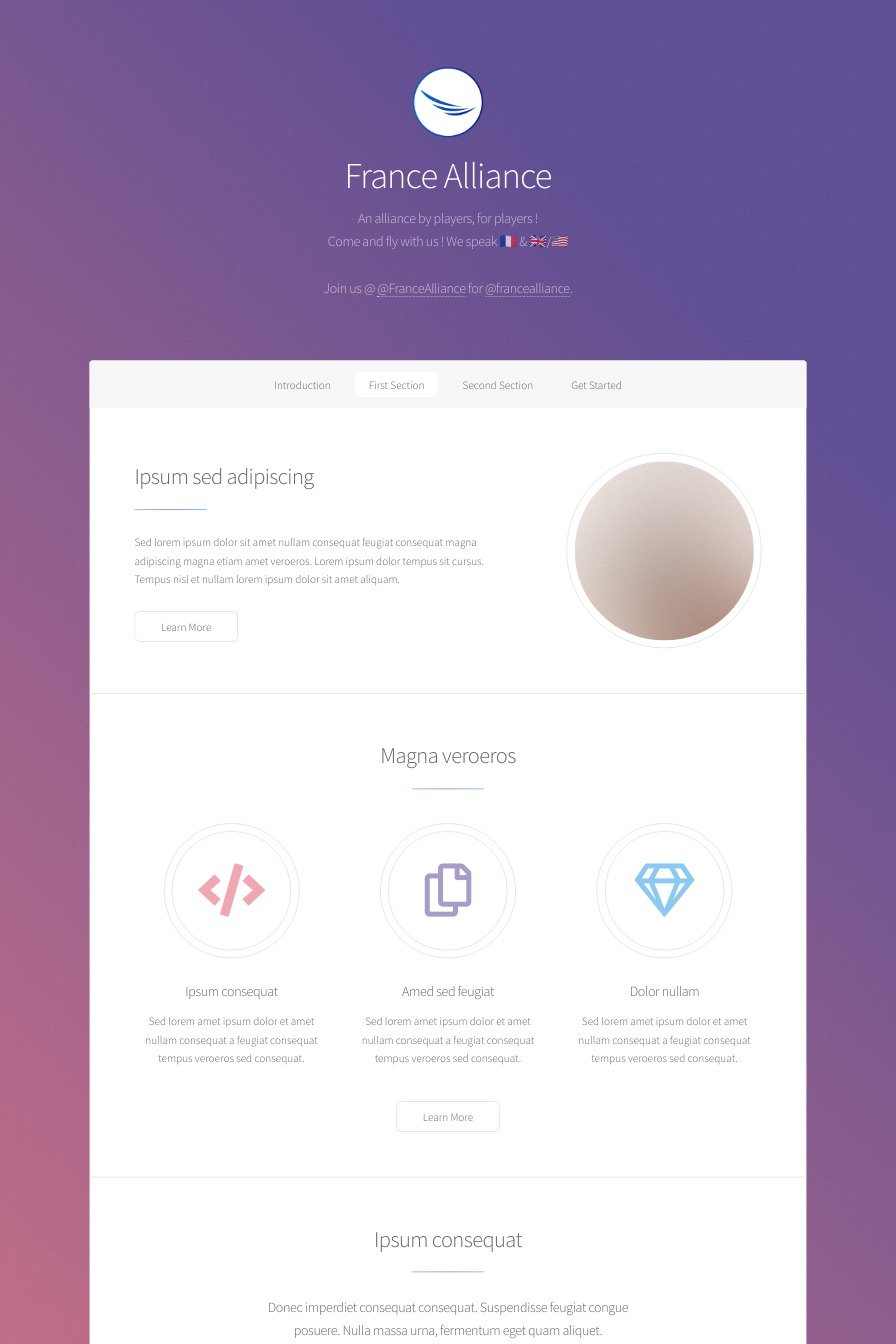
Repository: France-Alliance/France-Alliance.github.io
Page: index.html
The author's editor kept a copy of each file at every save. The page is drawn from the files as they stood at one save, then again after the next save.
The browser window is 1280 px wide. The pictures show the part of the page from y = 0 to 1920 px (the page is 3359 px tall), at 70% of full size.

Above is the page before, as saved 2021-04-05 21:55:04.

### index.html
<!DOCTYPE HTML>
<!--
	Stellar by HTML5 UP
	html5up.net | @ajlkn
	Free for personal and commercial use under the CCA 3.0 license (html5up.net/license)
-->
<html>
	<head>
		<title>France Alliance</title>
		<meta charset="utf-8" />
		<meta name="viewport" content="width=device-width, initial-scale=1, user-scalable=no" />
		<link rel="stylesheet" href="assets/css/main.css" />
		<noscript><link rel="stylesheet" href="assets/css/noscript.css" /></noscript>
	</head>
	<body class="is-preload">

		<!-- Wrapper -->
			<div id="wrapper">

				<!-- Header -->
					<header id="header" class="alt">
						<span class="logo"><img src="images/Fichier 1.png" alt="" /></span>
						<h1>France Alliance</h1>
						<p>An alliance by players, for players !<br>
						Come and fly with us ! We speak 🇫🇷 & 🇬🇧/🇺🇸<br>
						<br>Join us @ <a href="https://twitter.com/FranceAlliance">@FranceAlliance</a> for <a href="https://www.instagram.com/francealliance/">@francealliance</a>.</p>
					</header>

				<!-- Nav -->
					<nav id="nav">
						<ul>
							<li><a href="#intro" class="active">Introduction</a></li>
							<li><a href="#first">First Section</a></li>
							<li><a href="#second">Second Section</a></li>
							<li><a href="#cta">Get Started</a></li>
						</ul>
					</nav>

				<!-- Main -->
					<div id="main">

						<!-- Introduction -->
							<section id="intro" class="main">
								<div class="spotlight">
									<div class="content">
										<header class="major">
											<h2>Ipsum sed adipiscing</h2>
										</header>
										<p>Sed lorem ipsum dolor sit amet nullam consequat feugiat consequat magna
										adipiscing magna etiam amet veroeros. Lorem ipsum dolor tempus sit cursus.
										Tempus nisl et nullam lorem ipsum dolor sit amet aliquam.</p>
										<ul class="actions">
											<li><a href="generic.html" class="button">Learn More</a></li>
										</ul>
									</div>
									<span class="image"><img src="images/pic01.jpg" alt="" /></span>
								</div>
							</section>

						<!-- First Section -->
							<section id="first" class="main special">
								<header class="major">
									<h2>Magna veroeros</h2>
								</header>
								<ul class="features">
									<li>
										<span class="icon solid major style1 fa-code"></span>
										<h3>Ipsum consequat</h3>
										<p>Sed lorem amet ipsum dolor et amet nullam consequat a feugiat consequat tempus veroeros sed consequat.</p>
									</li>
									<li>
										<span class="icon major style3 fa-copy"></span>
										<h3>Amed sed feugiat</h3>
										<p>Sed lorem amet ipsum dolor et amet nullam consequat a feugiat consequat tempus veroeros sed consequat.</p>
									</li>
									<li>
										<span class="icon major style5 fa-gem"></span>
										<h3>Dolor nullam</h3>
										<p>Sed lorem amet ipsum dolor et amet nullam consequat a feugiat consequat tempus veroeros sed consequat.</p>
									</li>
								</ul>
								<footer class="major">
									<ul class="actions special">
										<li><a href="generic.html" class="button">Learn More</a></li>
									</ul>
								</footer>
							</section>

						<!-- Second Section -->
							<section id="second" class="main special">
								<header class="major">
									<h2>Ipsum consequat</h2>
									<p>Donec imperdiet consequat consequat. Suspendisse feugiat congue<br />
									posuere. Nulla massa urna, fermentum eget quam aliquet.</p>
								</header>
								<ul class="statistics">
									<li class="style1">
										<span class="icon solid fa-code-branch"></span>
										<strong>5,120</strong> Etiam
									</li>
									<li class="style2">
										<span class="icon fa-folder-open"></span>
										<strong>8,192</strong> Magna
									</li>
									<li class="style3">
										<span class="icon solid fa-signal"></span>
										<strong>2,048</strong> Tempus
									</li>
									<li class="style4">
										<span class="icon solid fa-laptop"></span>
										<strong>4,096</strong> Aliquam
									</li>
									<li class="style5">
										<span class="icon fa-gem"></span>
										<strong>1,024</strong> Nullam
									</li>
								</ul>
								<p class="content">Nam elementum nisl et mi a commodo porttitor. Morbi sit amet nisl eu arcu faucibus hendrerit vel a risus. Nam a orci mi, elementum ac arcu sit amet, fermentum pellentesque et purus. Integer maximus varius lorem, sed convallis diam accumsan sed. Etiam porttitor placerat sapien, sed eleifend a enim pulvinar faucibus semper quis ut arcu. Ut non nisl a mollis est efficitur vestibulum. Integer eget purus nec nulla mattis et accumsan ut magna libero. Morbi auctor iaculis porttitor. Sed ut magna ac risus et hendrerit scelerisque. Praesent eleifend lacus in lectus aliquam porta. Cras eu ornare dui curabitur lacinia.</p>
								<footer class="major">
									<ul class="actions special">
										<li><a href="generic.html" class="button">Learn More</a></li>
									</ul>
								</footer>
							</section>

						<!-- Get Started -->
							<section id="cta" class="main special">
								<header class="major">
									<h2>Congue imperdiet</h2>
									<p>Donec imperdiet consequat consequat. Suspendisse feugiat congue<br />
									posuere. Nulla massa urna, fermentum eget quam aliquet.</p>
								</header>
								<footer class="major">
									<ul class="actions special">
										<li><a href="generic.html" class="button primary">Get Started</a></li>
										<li><a href="generic.html" class="button">Learn More</a></li>
									</ul>
								</footer>
							</section>

					</div>

				<!-- Footer -->
					<footer id="footer">
						<section>
							<h2>Aliquam sed mauris</h2>
							<p>Sed lorem ipsum dolor sit amet et nullam consequat feugiat consequat magna adipiscing tempus etiam dolore veroeros. eget dapibus mauris. Cras aliquet, nisl ut viverra sollicitudin, ligula erat egestas velit, vitae tincidunt odio.</p>
							<ul class="actions">
								<li><a href="generic.html" class="button">Learn More</a></li>
							</ul>
						</section>
						<section>
							<h2>Etiam feugiat</h2>
							<dl class="alt">
								<dt>Address</dt>
								<dd>1234 Somewhere Road &bull; Nashville, TN 00000 &bull; USA</dd>
								<dt>Phone</dt>
								<dd>(000) 000-0000 x 0000</dd>
								<dt>Email</dt>
								<dd><a href="#">information@untitled.tld</a></dd>
							</dl>
							<ul class="icons">
								<li><a href="#" class="icon brands fa-twitter alt"><span class="label">Twitter</span></a></li>
								<li><a href="#" class="icon brands fa-facebook-f alt"><span class="label">Facebook</span></a></li>
								<li><a href="#" class="icon brands fa-instagram alt"><span class="label">Instagram</span></a></li>
								<li><a href="#" class="icon brands fa-github alt"><span class="label">GitHub</span></a></li>
								<li><a href="#" class="icon brands fa-dribbble alt"><span class="label">Dribbble</span></a></li>
							</ul>
						</section>
						<p class="copyright">&copy; Untitled. Design: <a href="https://html5up.net">HTML5 UP</a>.</p>
					</footer>

			</div>

		<!-- Scripts -->
			<script src="assets/js/jquery.min.js"></script>
			<script src="assets/js/jquery.scrollex.min.js"></script>
			<script src="assets/js/jquery.scrolly.min.js"></script>
			<script src="assets/js/browser.min.js"></script>
			<script src="assets/js/breakpoints.min.js"></script>
			<script src="assets/js/util.js"></script>
			<script src="assets/js/main.js"></script>

	</body>
</html>

Loaded but not shown: assets/js/jquery.min.js (library); assets/js/jquery.scrollex.min.js (common file); assets/css/fontawesome-all.min.css (library); assets/js/jquery.scrolly.min.js (common file); assets/js/browser.min.js (common file); assets/js/breakpoints.min.js (common file); assets/js/util.js (587 lines, source omitted); assets/js/main.js (123 lines, source omitted); assets/css/main.css (3785 lines, source omitted)

After the next save:
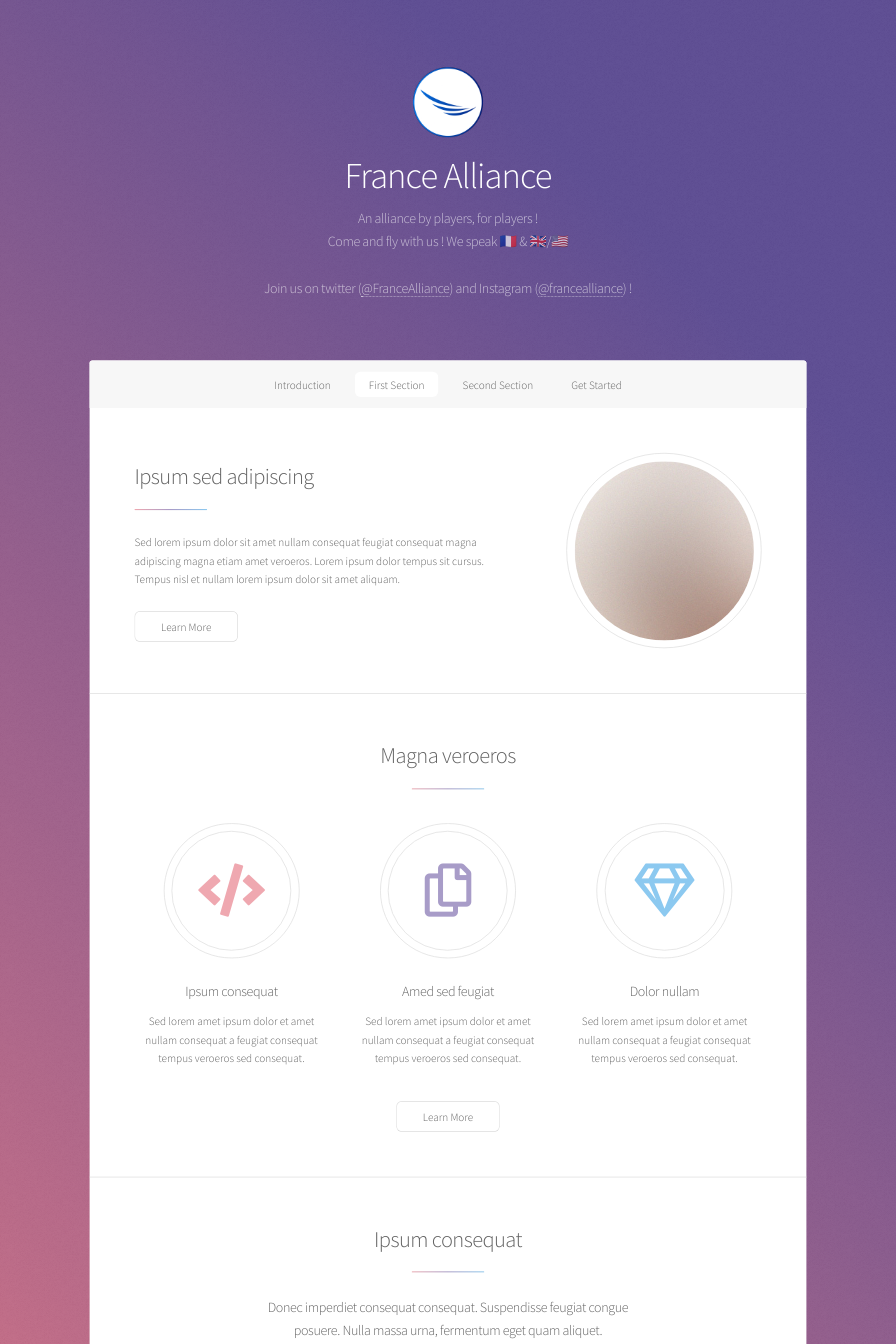
Saved 50 s later.
--- a/index.html
+++ b/index.html
@@ -23,7 +23,7 @@
 						<h1>France Alliance</h1>
 						<p>An alliance by players, for players !<br>
 						Come and fly with us ! We speak 🇫🇷 & 🇬🇧/🇺🇸<br>
-						<br>Join us @ <a href="https://twitter.com/FranceAlliance">@FranceAlliance</a> for <a href="https://www.instagram.com/francealliance/">@francealliance</a>.</p>
+						<br>Join us on twitter (<a href="https://twitter.com/FranceAlliance">@FranceAlliance</a>) and Instagram (<a href="https://www.instagram.com/francealliance/">@francealliance</a>) !</p>
 					</header>
 
 				<!-- Nav -->
